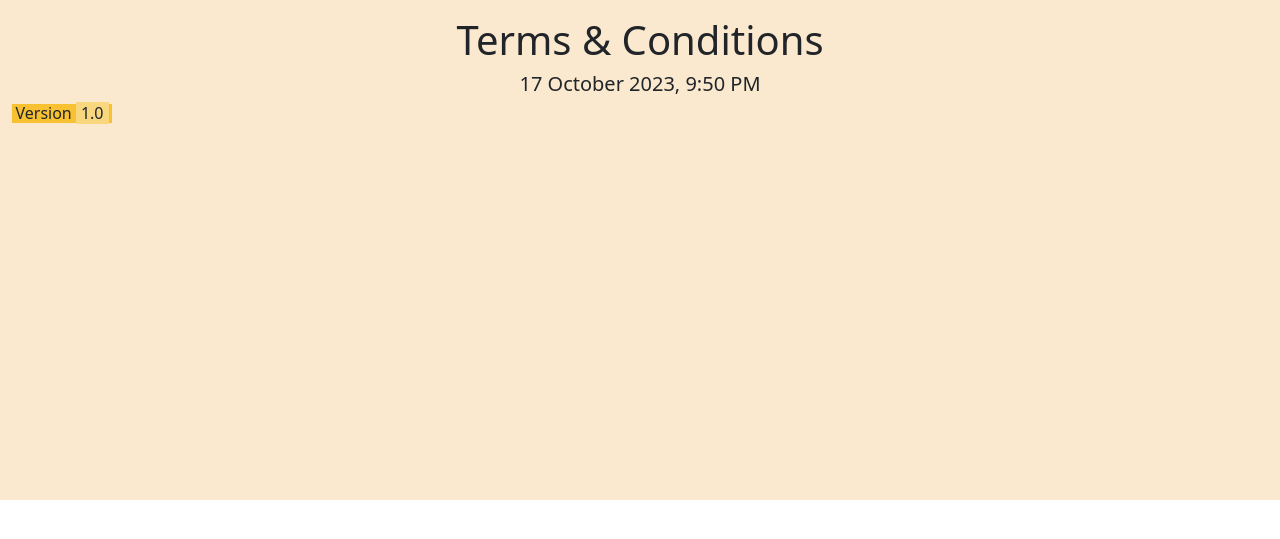
Repository: injectGroup/github.io
Page: terms.html
These files come from the project's save history. The page is drawn as it stood at one moment and after the next save; the edit follows.
The browser window is 1280 px wide. The pictures show the whole page.

Above is the page before, as saved 2023-11-30 07:20:46.

### terms.html
<!doctype html>
<html lang="en">

<head>
    <meta charset="utf-8">
    <meta name="viewport" content="width=device-width, initial-scale=1">
    <title>Bootstrap demo</title>
    <!-- GOULD CUSTOM CSS-->
    <link rel="stylesheet" href="/gouldwalletlegal/css/gouldcustom.css">
    <!--- BOOTSTRAP CDN -->
    <link href="https://cdn.jsdelivr.net/npm/bootstrap@5.3.2/dist/css/bootstrap.min.css" rel="stylesheet"
        integrity="sha384-T3c6CoIi6uLrA9TneNEoa7RxnatzjcDSCmG1MXxSR1GAsXEV/Dwwykc2MPK8M2HN" crossorigin="anonymous">
</head>

<body>
    <!-- Content here -->
    <div class="container-fluid text-center terms-content">
        <div class="row align-items-center">
            <div class="col align-self-center">
                <h1 class="text-center">
                    Terms & Conditions
                </h1>
            </div>
        </div>
        <div class="row align-items-center">
            <h5 class="version-date">
                17 October 2023, 9:50 PM
            </h5>
            <div class="col-sm align-items-center">
                <h6 class="version text-center">
                    Version
                    <span class="version-number">1.0</span>
                </h6>
            </div>

        </div>
    </div>
    <!-- BOOTSTRAP JS-->
    <script src="https://cdn.jsdelivr.net/npm/bootstrap@5.3.2/dist/js/bootstrap.bundle.min.js"
        integrity="sha384-C6RzsynM9kWDrMNeT87bh95OGNyZPhcTNXj1NW7RuBCsyN/o0jlpcV8Qyq46cDfL"
        crossorigin="anonymous"></script>
</body>

</html>

### gouldwalletlegal/css/gouldcustom.css
/*
 *AUTHOR: Abdulkadir Mohammed @ Inject
 *DATE: Wed 29 November 2023
  *
 *This is a custom css for gould wallet.
 */
/*****************************
 *********** HEAD ***********
 *****************************/
.terms-content {
    background-color: #FAE9CE;
    padding: 16px 0px 16px 0px;
    height: 500px;
    width: 100%;
    padding-right: 15px;
    padding-left: 15px;
    margin-right: auto;
    margin-left: auto;
    display: block;
    box-sizing: border-box;
}

.version {
    background-color: #F7C132;
    width: 100px;
}

.version-number {
    background-color: #F9D77E;
    padding-left: 5px;
    padding-right: 5px;
}


/*****************************
  *********** BODY ***********
 *****************************/

/*****************************
 *********** FOOTER ***********
*****************************/

After the next save:
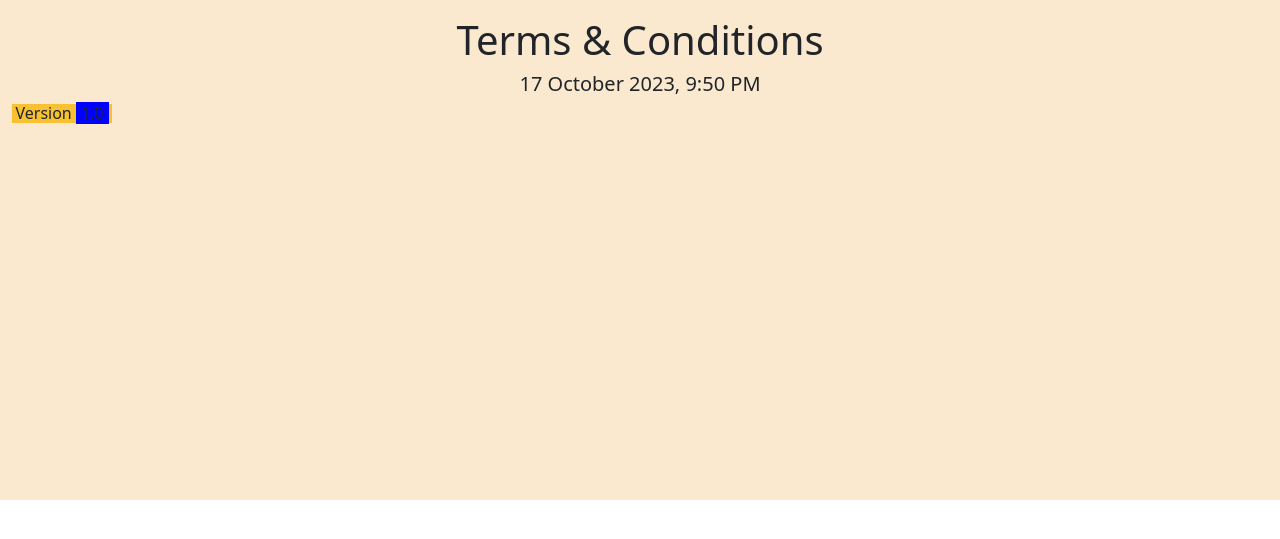
Saved 15 s later.
--- a/gouldwalletlegal/css/gouldcustom.css
+++ b/gouldwalletlegal/css/gouldcustom.css
@@ -26,7 +26,7 @@
 }
 
 .version-number {
-    background-color: #F9D77E;
+    background-color: blue;
     padding-left: 5px;
     padding-right: 5px;
 }

After the save that followed:
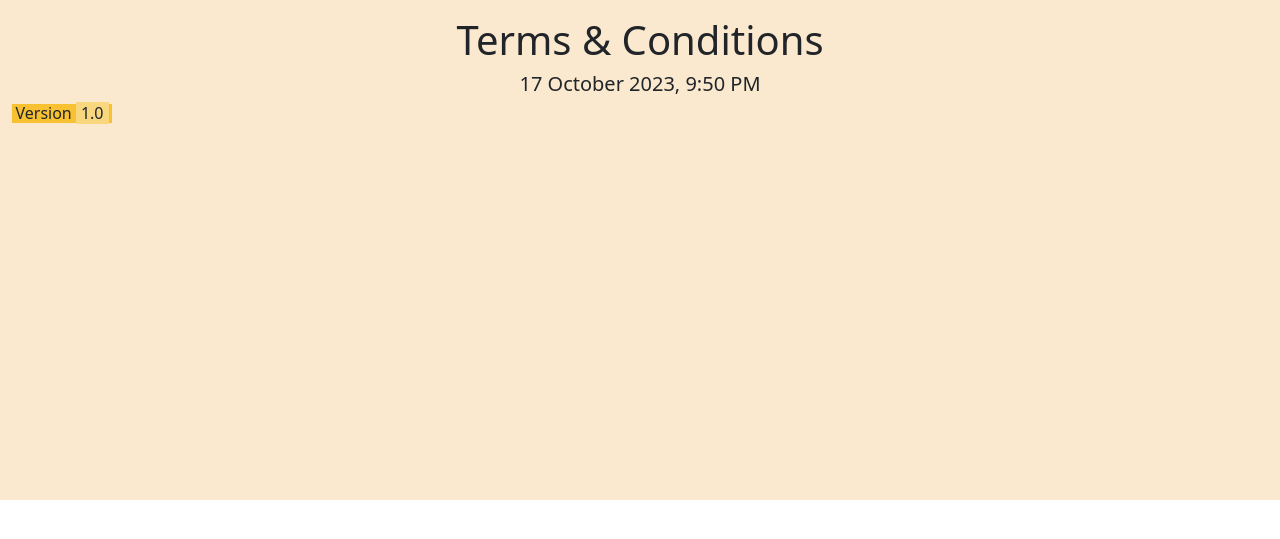
Saved 6 s later.
--- a/gouldwalletlegal/css/gouldcustom.css
+++ b/gouldwalletlegal/css/gouldcustom.css
@@ -26,7 +26,7 @@
 }
 
 .version-number {
-    background-color: blue;
+    background-color: #F9D77E;
     padding-left: 5px;
     padding-right: 5px;
 }
